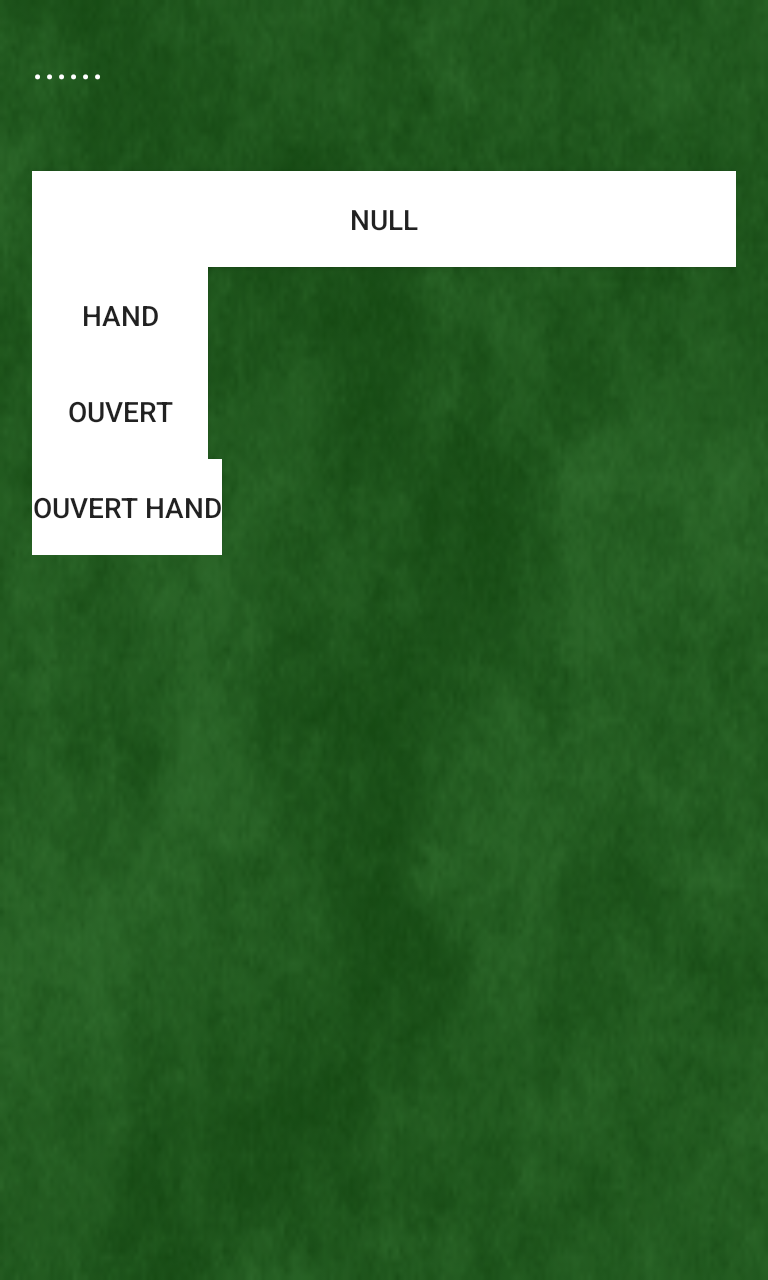
Repository: razinanu/InSy-Skat
Layout: InSy-Skat/res/layout/fragment_null_s.xml
These files come from the project's save history. The layout is drawn as it stood at one moment and after the next save; the edit follows.
It is drawn on a 768 x 1280 px phone screen (xhdpi) without system bars, with theme AppThemeWithoutActionBarTitle; the app's code is not run.

Above is the layout before, as saved 2014-06-21 19:06:25.

After the next save:
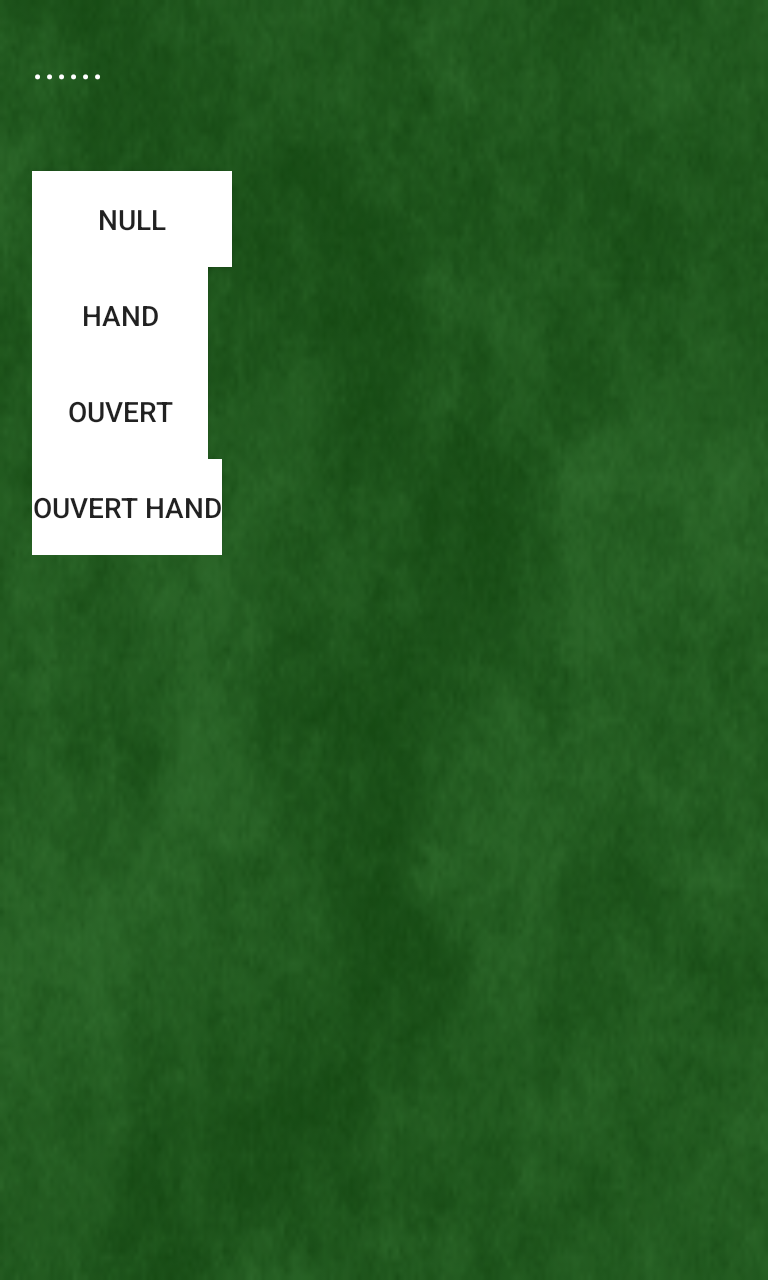
Saved 26 s later.
--- a/InSy-Skat/res/layout/fragment_null_s.xml
+++ b/InSy-Skat/res/layout/fragment_null_s.xml
@@ -25,7 +25,7 @@
 
             <Button
                 android:id="@+id/nullsp"
-                android:layout_width="match_parent"
+                android:layout_width="100dp"
                 android:layout_height="wrap_content"
                 android:text="@string/nullString"
                 android:gravity="center"
